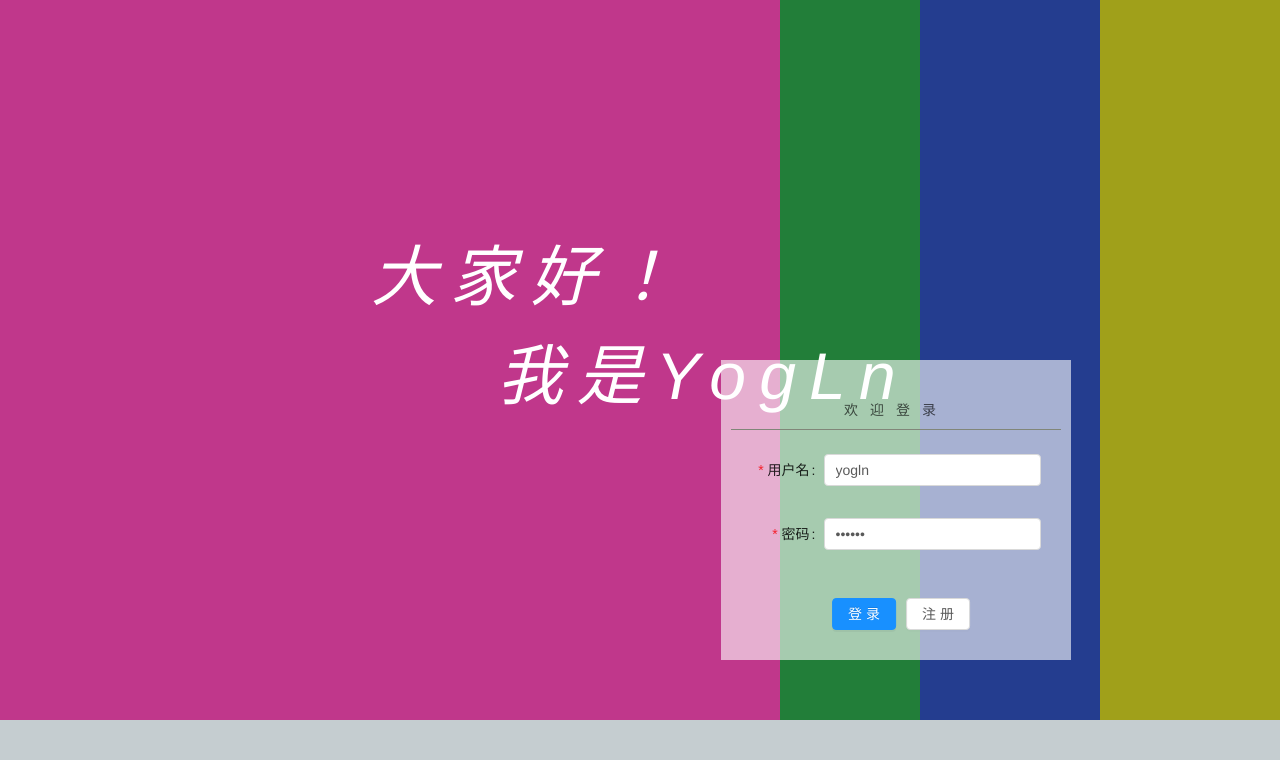
Repository: YogLn/theory-fre
Page: /register
These files come from the project's save history. The page is drawn as it stood at one moment and after the next save; the edit follows.
The browser window is 1280 px wide. The pictures show the whole page.
Backgrounds fixed to the window are drawn as part of the page. The project was rebuilt for these pictures with package versions that can differ from the ones it lists, and the page was loaded fresh each time.

Above is the page before, as saved 2021-07-22 16:45:27.

### src/App.vue
<template>
  <div id="app">
    <router-view />
  </div>
</template>

<style lang="less">
html,
body,
#app {
  height: 100%;
  font-family: 'Helvetica Neue', Helvetica, 'PingFang SC', 'Hiragino Sans GB',
    'Microsoft YaHei', '微软雅黑', Arial, sans-serif;
  background: url('./assets/img/home.jpg') no-repeat center;
  min-height: 760px;
  background-attachment: fixed;
  background-size: 100% 100%;
}
</style>

### src/router/index.js
import Vue from 'vue'
import VueRouter from 'vue-router'

const Login = () => import('../pages/login/Login.vue')
const Home = () => import('../pages/home/Home.vue')
const Register = () => import('../pages/login/Register.vue')
const Moment = () => import('../pages/moment/Moment.vue')
const Publish = () => import('../pages/moment/Publish.vue')
const Mine = () => import('../pages/mine/Mine.vue')
const Comment = () => import('../components/comment/Comment.vue')

Vue.use(VueRouter)

const routes = [
  {
    path: '',
    redirect: '/login'
  },
  {
    path: '/login',
    component: Login
  },
  {
    path: '/register',
    component: Register
  },
  {
    path: '/home',
    component: Home,
    redirect: '/moment',
    children: [
      {
        path: '/moment',
        component: Moment
      },
      {
        path: '/upload',
        component: Publish
      },
      {
        path: '/moment/:momentId',
        component: Comment
      },
      {
        path: '/mine',
        component: Mine
      },
    ]
  }
]

const router = new VueRouter({
  mode: 'history',
  base: process.env.BASE_URL,
  routes
})

// 挂载路由导航守卫
router.beforeEach((to, from, next) => {
  if (to.path == '/login') return next()
  // 获取 token
  const tokenStr = window.sessionStorage.getItem('token')
  if (!tokenStr) return next('/login')
  next()
})

export default router

### src/network/request.js
import axiox from 'axios'
import { BASE_URL, TIMEOUT } from './config'
const instance = axiox.create({
  baseURL: BASE_URL,//baseURL会在发送请求的时候拼接在url参数的前面
  timeout: TIMEOUT
})

instance.interceptors.request.use(function (config) {
  config.headers.Authorization = window.sessionStorage.getItem('token')
  return config;
}, function (error) {
  // 对请求错误做些什么
  return Promise.reject(error);
});

// 添加响应拦截器
//此处可以根据服务器的返回状态码做响应的处理
//404 404 500
instance.interceptors.response.use(function (response) {
  // 对响应数据做点什么

  return response;
}, function (error) {
  // 对响应错误做点什么
  return Promise.reject(error);
});

export function get (url, params) {
  return instance.get(url, {
    params
  })
}

export function post (url, data) {
  return instance.post(url, data)
}

export function del (url) {
  return instance.delete(url)
}

export function put (url, data) {
  return instance.put(url, data)
}

### src/pages/login/Login.vue
<template>
  <div class="container">
    <div class="item yellow">
      <p>大家好！<br />&nbsp;&nbsp;&nbsp;&nbsp;我是YogLn</p>
    </div>
    <div class="item blue">
      <p>大家好！<br />&nbsp;&nbsp;&nbsp;&nbsp;我是YogLn</p>
    </div>
    <div class="item green">
      <p>大家好！<br />&nbsp;&nbsp;&nbsp;&nbsp;我是YogLn</p>
    </div>
    <div class="item pink">
      <p>大家好！<br />&nbsp;&nbsp;&nbsp;&nbsp;我是YogLn</p>
    </div>
    <div class="login-box">
      <div class="login-header">
        <span>欢迎登录</span>
      </div>
      <div class="login-form">
        <a-form-model ref="loginFormRef"
                      :model="loginForm"
                      v-bind="layout"
                      :rules="loginFormRules">
          <a-form-model-item label="用户名"
                             prop="name">
            <a-input v-model="loginForm.name"
                     type="text"
                     autocomplete="off"
                     placeholder="请输入用户名" />
          </a-form-model-item>
          <a-form-model-item label="密码"
                             prop="password">
            <a-input v-model="loginForm.password"
                     type="password"
                     autocomplete="off"
                     placeholder="请输入密码" />
          </a-form-model-item>
        </a-form-model>
      </div>
      <div class="login-btn">
        <a-button type="primary"
                  class="btn-login"
                  @click="login">登录</a-button>
        <a-button @click="register">注册</a-button>
      </div>
    </div>
  </div>
</template>

<script>
import { Mixin } from '../../mixin'
export default {
  mixins: [Mixin],
  created() { },
  data() {
    return {
      loginForm: {
        name: 'yogln',
        password: '123456',
      },
    }
  },
  methods: {
    async login() {
      const res = await this.$http.post('/login', this.loginForm)
      if (res.status !== 200) {
        return this.$message.error('登录失败')
      }
      window.sessionStorage.setItem('token', res.data.token)
      window.sessionStorage.setItem('id', res.data.id)
      this.$message.success('登录成功')
      this.$router.push('/home')
    },
    register() {
      this.$router.push('/register')
    },
  },
}
</script>

<style lang="less" scoped>
.container {
  height: 100vh;
  position: relative;

  .item {
    position: absolute;
    width: 100%;
    height: 100%;
    top: 0;
    left: 0;
    display: flex;
    justify-content: center;
    align-items: center;
    font-size: 66px;
    font-style: italic;
    transform: translate(-100%);
  }

  .item p {
    letter-spacing: 0.2em;
    color: #fff;
    transform: translateX(-190%);
  }

  .yellow {
    background-color: rgb(160, 160, 26);
    animation: bg 0.3s linear forwards;
  }
  .yellow p {
    animation: text 3s 0.3s cubic-bezier(0, 0.49, 0, 1) forwards;
  }

  .blue {
    background-color: rgb(36, 61, 143);
    clip: rect(0, 1100px, 100vh, 0);
    animation: bg 2.4s 0.6s cubic-bezier(0, 0.49, 0, 1) forwards;
  }
  .blue p {
    animation: text 2.4s 0.6s cubic-bezier(0, 0.49, 0, 1) forwards;
  }

  .green {
    background-color: rgb(34, 126, 57);
    clip: rect(0, 920px, 100vh, 0);
    animation: bg 2.1s 0.9s cubic-bezier(0, 0.49, 0, 1) forwards;
  }
  .green p {
    animation: text 2.1s 0.9s cubic-bezier(0, 0.49, 0, 1) forwards;
  }

  .pink {
    background-color: rgb(192, 55, 139);
    clip: rect(0, 780px, 100vh, 0);
    animation: bg 1.8s 1.2s cubic-bezier(0, 0.49, 0, 1) forwards;
  }
  .pink p {
    animation: text 1.8s 1.2s cubic-bezier(0, 0.49, 0, 1) forwards;
  }

  @keyframes bg {
    from {
      transform: translate(-100%);
    }
    to {
      transform: translateX(0);
    }
  }

  @keyframes text {
    from {
      transform: translate(-190%);
    }
    to {
      transform: translateX(0);
    }
  }

  .login-box {
    display: relative;
    padding: 40px 10px;
    width: 350px;
    height: 300px;
    background: rgba(255, 255, 255, 0.6);
    position: fixed;
    left: 70%;
    top: 50%;
    transform: translateX(-50%);
    .login-header {
      margin-top: -10px;
      display: flex;
      justify-content: center;
      height: 40px;
      line-height: 40px;
      border-bottom: 1.6px solid #818679;
      span {
        text-align: center;
        letter-spacing: 12px;
      }
    }
    .login-form {
      padding: 20px;
    }
    .login-btn {
      position: absolute;
      left: 50%;
      transform: translateX(-50%);
      .btn-login {
        margin: 0 10px;
      }
    }
  }
}
</style>

### src/network/config.js
const devBaseURL = "http://121.4.100.103:5000";
const proBaseURL = "http://121.4.100.103:5000";
export const BASE_URL = process.env.NODE_ENV === 'development' ? devBaseURL: proBaseURL;

export const TIMEOUT = 5000;

### src/mixin.js
export const Mixin = {
  data() {
    return {
      loginFormRules:  {
        name: [{ required: true, message: '请输入用户名', trigger: 'blur' }],
        password: [{ required: true, message: '请输入密码', trigger: 'blur' }]
      },

      layout: {
        labelCol: { span: 6 },
        wrapperCol: { span: 18 },
      },
    }
  },
}

Loaded but not shown: public/index.html (common file); src/main.js (common file); src/store/index.js (common file); src/assets/css/reset.css (common file)

After the next save:
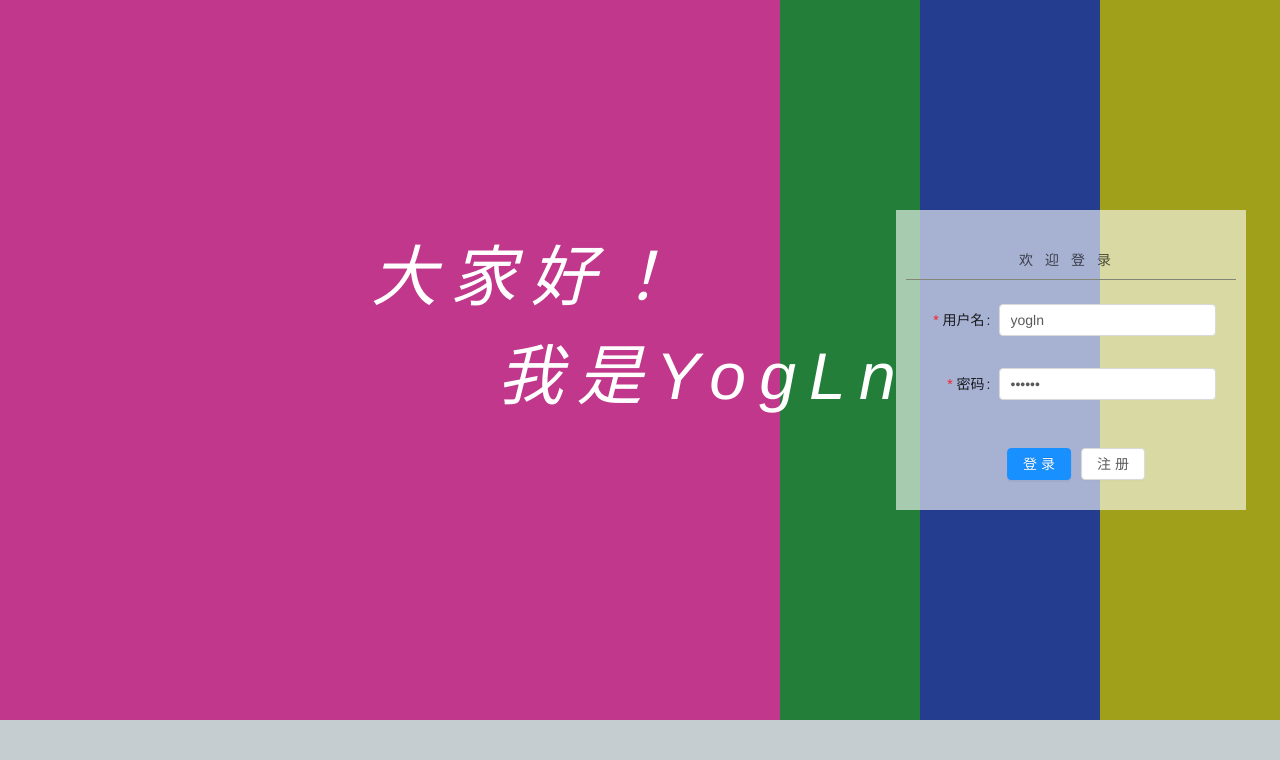
Saved 10 s later.
--- a/src/pages/login/Login.vue
+++ b/src/pages/login/Login.vue
@@ -165,7 +165,7 @@ export default {
     position: fixed;
     left: 70%;
     top: 50%;
-    transform: translateX(-50%);
+    transform: translateY(-50%);
     .login-header {
       margin-top: -10px;
       display: flex;
